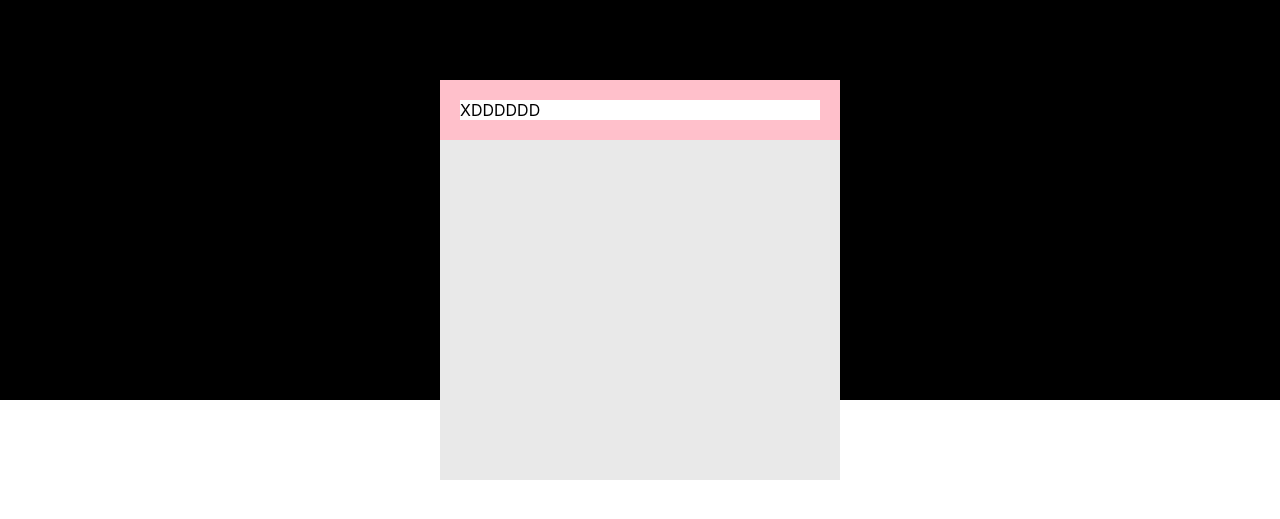
Repository: piookr-wsei/8086
Page: /
These files come from the project's save history. The page is drawn as it stood at one moment and after the next save; the edit follows.
The browser window is 1280 px wide. The pictures show the whole page.
The project was rebuilt for these pictures with package versions that can differ from the ones it lists, and the page was loaded fresh each time.

Above is the page before, as saved 2022-06-16 23:54:43.

After the next save:
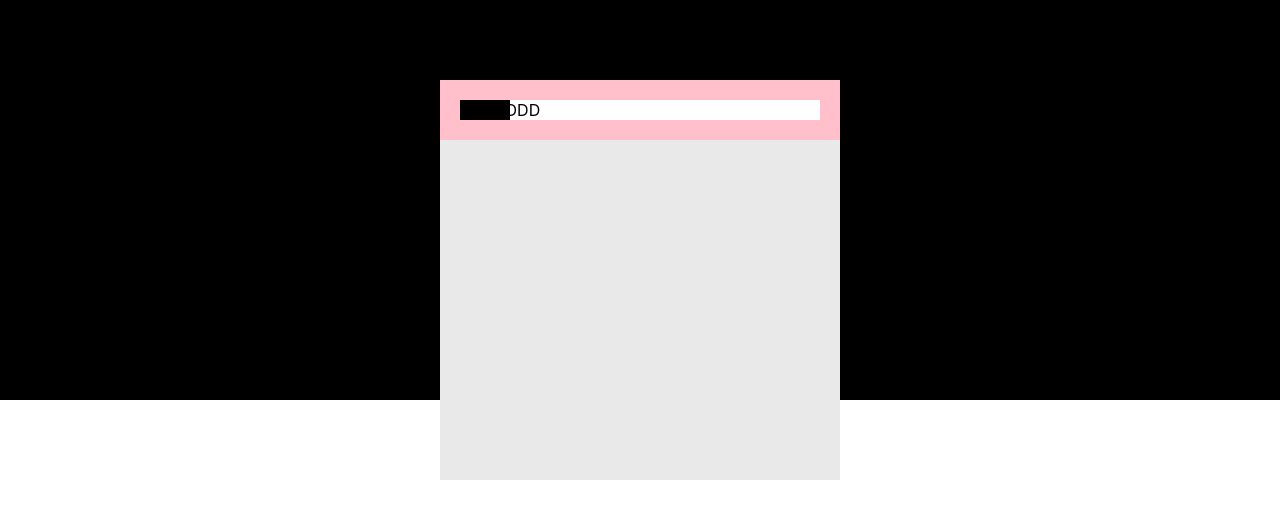
Saved 15 s later.
--- a/src/Components/Components.elements.js
+++ b/src/Components/Components.elements.js
@@ -16,7 +16,7 @@
 
 export const RegWrapper = styled.div`
 width: 50px;
-background: srgb(0,0,0,0.5);
+background: rgb(0,0,0);
 position: relative;
 left: 0;
 `

After the save that followed:
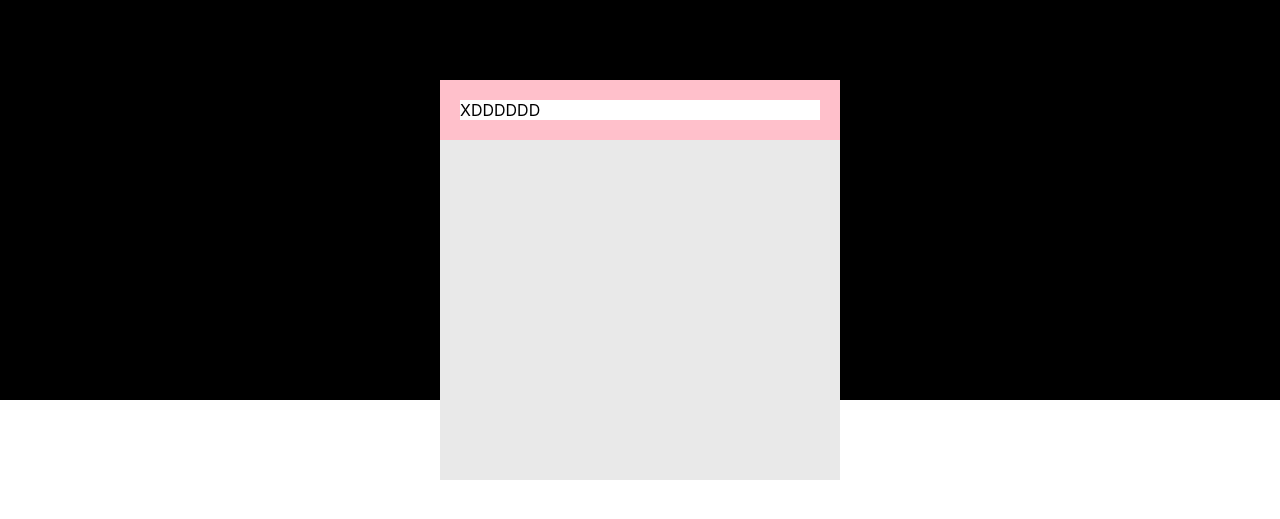
Saved 5 s later.
--- a/src/Components/Components.elements.js
+++ b/src/Components/Components.elements.js
@@ -16,7 +16,7 @@
 
 export const RegWrapper = styled.div`
 width: 50px;
-background: rgb(0,0,0);
+background: srgb(0,0,0,0.5);
 position: relative;
 left: 0;
 `
